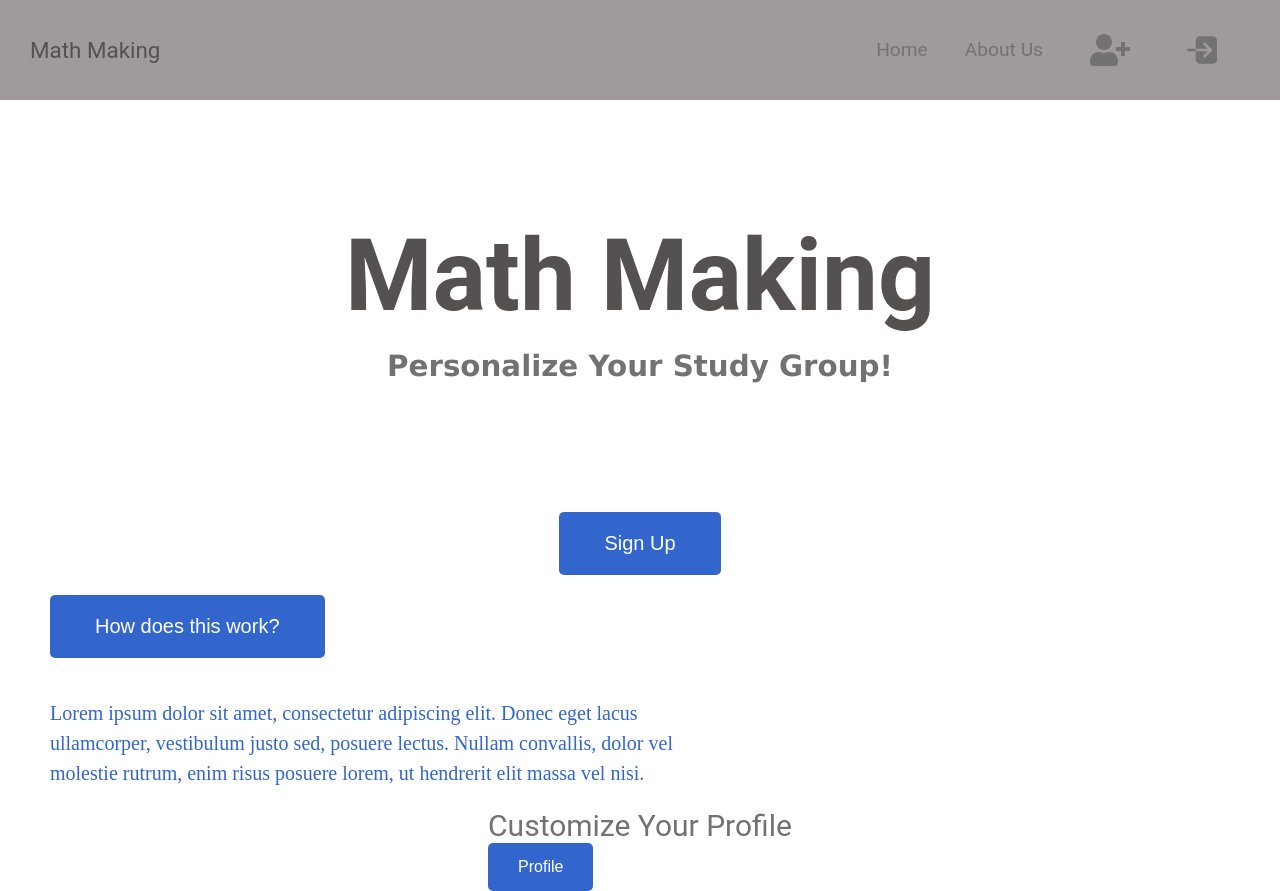
Repository: BuddyBob/mathmaking
Page: /, after clicking the first element matching `button.expand-button`
An editor plug-in stored every save of this project. The page is shown before and after the next save, followed by the edit.
The browser window is 1280 px wide. The pictures show the whole page.
The project was rebuilt for these pictures with package versions that can differ from the ones it lists, and the page was loaded fresh each time. Also part of the build but not shown: src/components/register/Login.js, src/components/register/Signup.js.

Above is the page before, as saved 2023-06-10 13:55:32.

After the next save:
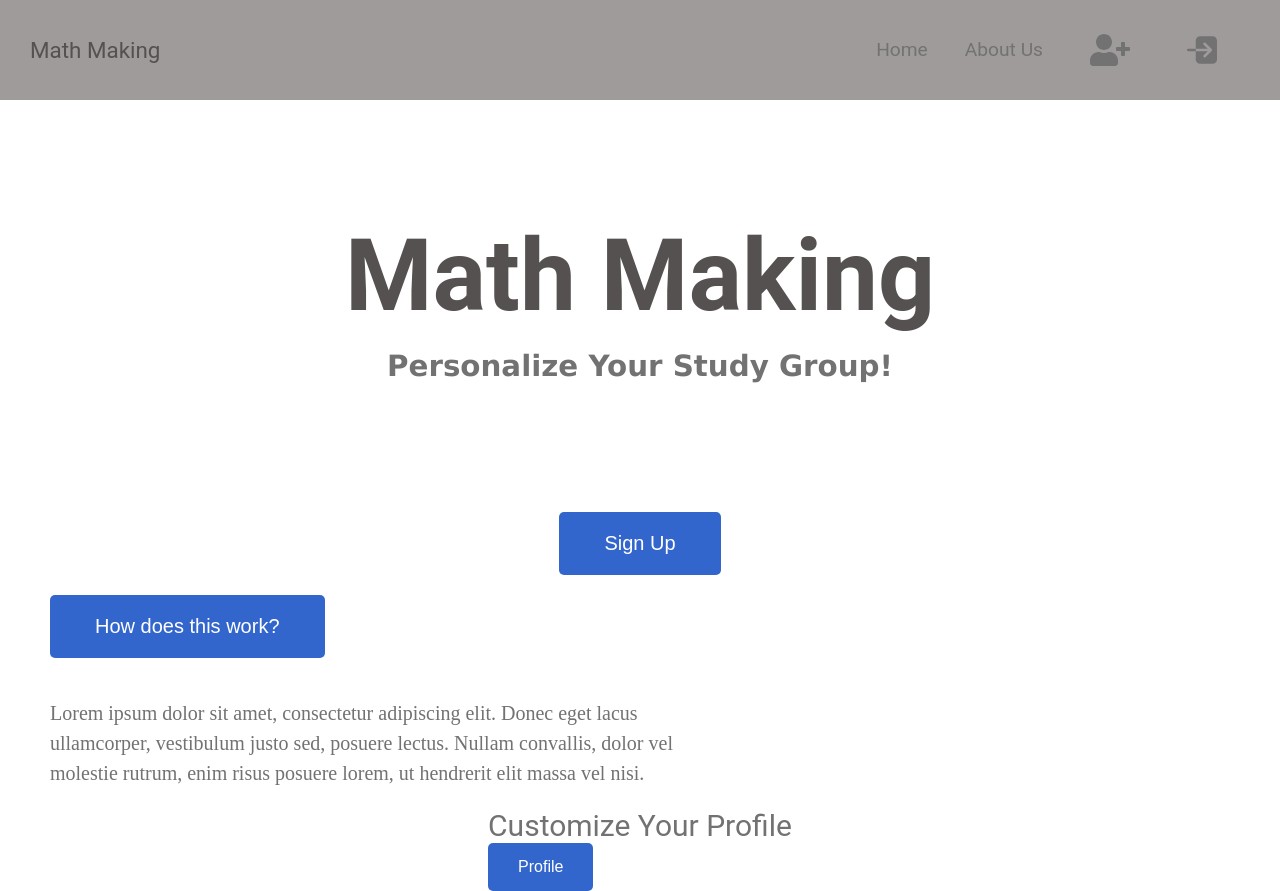
Saved 10 s later.
--- a/src/index.css
+++ b/src/index.css
@@ -176,6 +176,6 @@
 
 .expanded-content p {
   font-size: 20px;
-  color: var(--primary-color);
+  color: var(--text-color);
   line-height: 1.5;
 }
